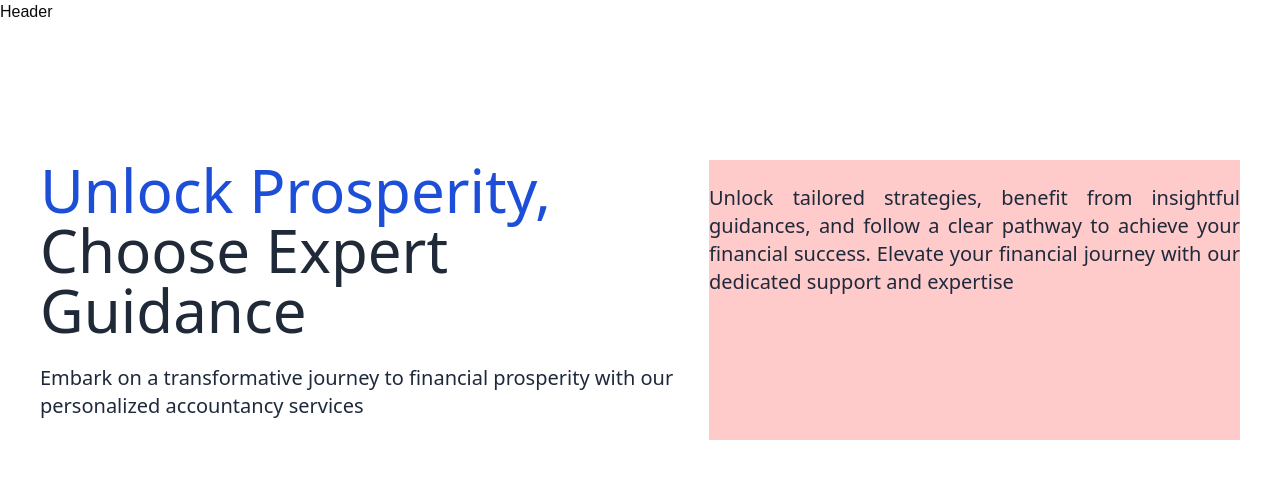
Repository: vespersolutionspk18/integrast-website
Page: /
The author's editor kept a copy of each file at every save. The page is drawn from the files as they stood at one save, then again after the next save.
The browser window is 1280 px wide. The pictures show the whole page.
The project was rebuilt for these pictures with package versions that can differ from the ones it lists, and the page was loaded fresh each time. The framework's server and built-in components were replaced by stand-ins that run in the browser. Also part of the build but not shown: next.config.ts.

Above is the page before, as saved 2024-12-09 14:48:16.

After the next save:
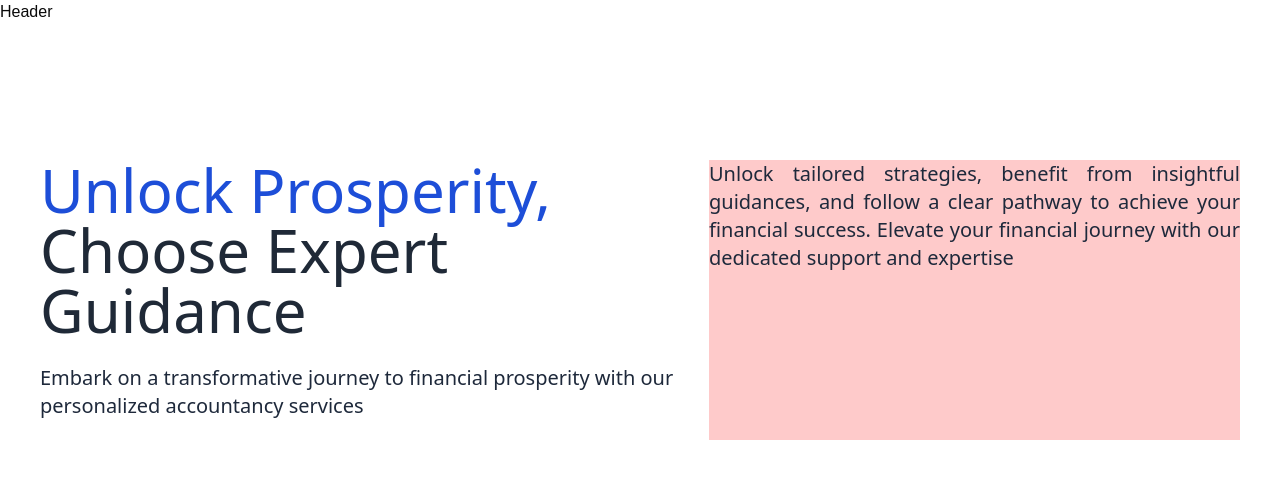
Saved 6 s later.
--- a/app/Hero.tsx
+++ b/app/Hero.tsx
@@ -9,7 +9,7 @@ const Hero = () => {
                 <h4 className="text-xl font-sans text-slate-800 mt-6">Embark on a transformative journey to financial prosperity with our personalized accountancy services</h4>
             </div>
             <div className="w-[45%] flex flex-col items-start bg-red-200">
-                <h4 className="text-xl text-justify font-sans text-slate-800 mt-6">Unlock tailored strategies, benefit from insightful guidances, and follow a clear pathway to achieve your financial success. Elevate your financial journey with our dedicated support and expertise</h4>
+                <h4 className="text-xl text-justify font-sans text-slate-800">Unlock tailored strategies, benefit from insightful guidances, and follow a clear pathway to achieve your financial success. Elevate your financial journey with our dedicated support and expertise</h4>
             </div>
         </div>
     </div>
